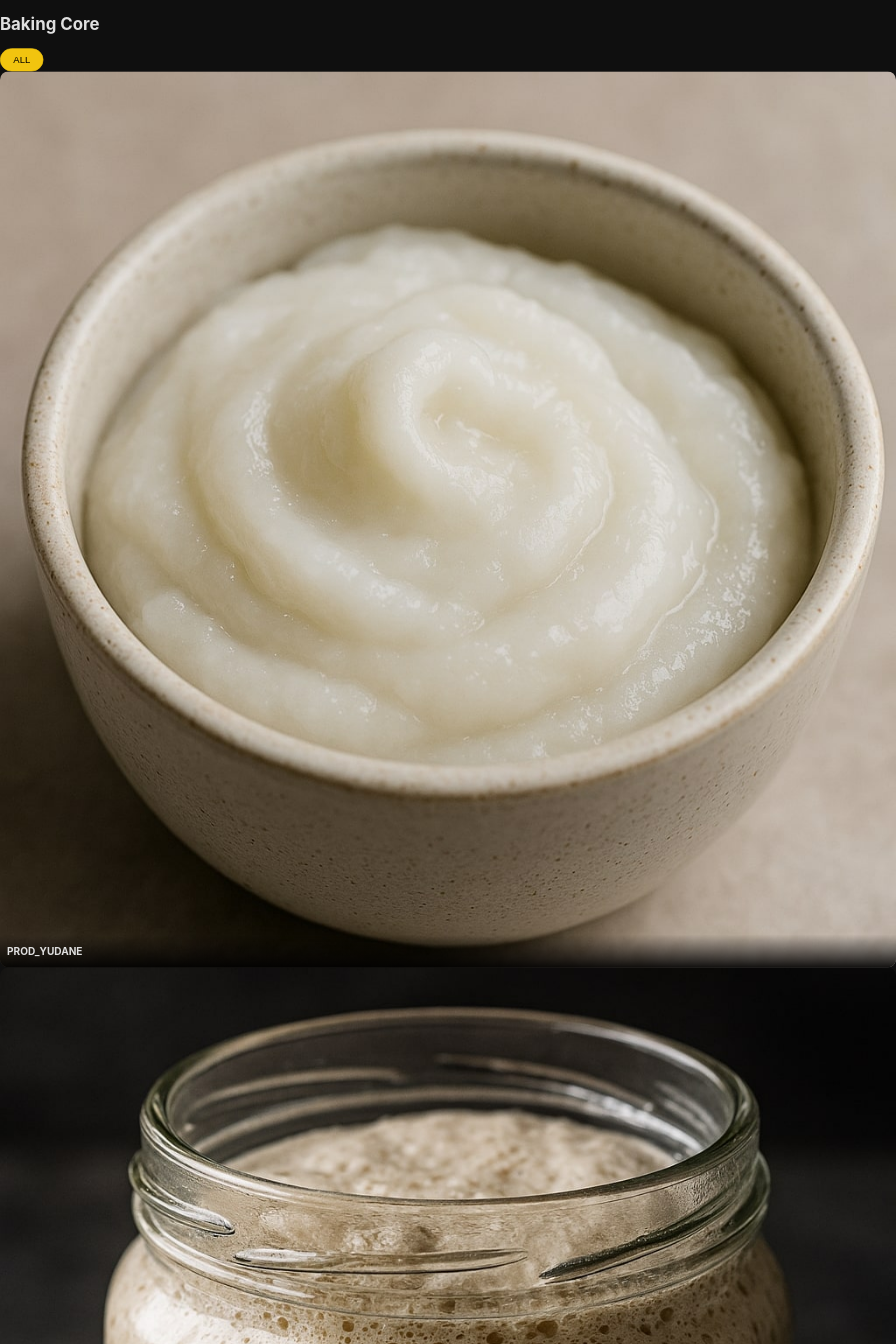
Repository: dkg11hu/baking-core
Page: index.html
These files come from the project's save history. The page is drawn as it stood at one moment and after the next save; the edit follows.
The browser window is 1280 px wide. The pictures show the part of the page from y = 0 to 1920 px (the page is 5222 px tall before and 1423 px after), at 70% of full size.

Above is the page before, as saved 2026-01-02 15:08:37.

### index.html
<!DOCTYPE html>
<html lang="en">
<head>
    <meta charset="UTF-8">
    <meta name="viewport" content="width=device-width, initial-scale=1.0">
    <title>Baking Core - Mobile Driver</title>
    <link rel="stylesheet" href="style.css">
</head>
<body>

    <div class="device-container">
        <div class="iphone-xs">
            <div class="notch"></div>

            <div class="screen-content">
                <section id="browser-view">
                    <header class="app-header">
                        <h1>Baking Core</h1>
                        <div id="filter-chips" class="filter-row"></div>
                    </header>
                    <div id="tile-grid"></div>
                </section>

                <section id="workflow-view" class="hidden">
                    <div id="media-stage"></div>
                    <div id="step-description"></div>
                    <nav class="workflow-controls">
                        <button onclick="changeStep(-1)">BACK</button>
                        <button onclick="changeStep(1)">NEXT</button>
                    </nav>
                </section>
            </div>

            <div class="home-indicator"></div>
        </div>
    </div>

    <script type="module" src="app.js"></script>
</body>
</html>

### style.css
:root {
    --primary: #f1c40f;
    --bg: #0f0f0f;
    --surface: #1a1a1a;
    --text: #e0e0e0;
}

body {
    margin: 0;
    background: var(--bg);
    color: var(--text);
    font-family: -apple-system, BlinkMacSystemFont, "Segoe UI", Roboto, Helvetica;
}

.hidden { display: none !important; }

/* Sticky Gallery Header */
.sticky-header {
    position: sticky;
    top: 0;
    background: var(--bg);
    padding: 15px;
    z-index: 100;
    border-bottom: 1px solid #333;
}

/* Horizontal Chip Container */
.chip-container {
    display: flex;
    overflow-x: auto;
    gap: 10px;
    padding-top: 10px;
    scrollbar-width: none;
}
.chip {
    padding: 8px 18px;
    background: var(--surface);
    border: 1px solid #444;
    border-radius: 20px;
    color: var(--text);
    white-space: nowrap;
    font-size: 0.85rem;
}
.chip.active {
    background: var(--primary);
    color: #000;
    border-color: var(--primary);
}

/* Photo Tiles */
.tile-grid {
    display: grid;
    grid-template-columns: repeat(2, 1fr);
    gap: 12px;
    padding: 15px;
}
.tile {
    aspect-ratio: 1/1;
    background-size: cover;
    background-position: center;
    border-radius: 12px;
    position: relative;
    overflow: hidden;
}
.tile-label {
    position: absolute;
    bottom: 0;
    width: 100%;
    padding: 15px 10px;
    background: linear-gradient(transparent, rgba(0,0,0,0.9));
    font-size: 0.9rem;
}

/* Workflow Driver */
#workflow-container {
    display: flex;
    flex-direction: column;
    height: 100vh;
}
.media-container {
    width: 100%;
    background: #000;
    aspect-ratio: 16/9;
}
.media-container img, .media-container video {
    width: 100%;
    height: 100%;
    object-fit: contain;
}
.content-stage {
    padding: 20px;
    flex-grow: 1;
}
.stepper-controls {
    display: grid;
    grid-template-columns: 1fr 2fr;
    gap: 15px;
    padding: 20px;
    background: var(--surface);
    border-top: 1px solid #333;
}
.btn-nav {
    padding: 18px;
    border-radius: 12px;
    border: none;
    font-weight: bold;
    font-size: 1rem;
    background: #333;
    color: white;
}
.btn-nav.primary {
    background: var(--primary);
    color: black;
}

/* Fallback Styling */
.tile img, .media-container img, .media-container video {
    width: 100%;
    height: 100%;
    object-fit: cover;
    background-color: #1a1a1a; /* Matches the SVG background */
}

/* Ensure empty tiles still show the label */
.tile:empty::before {
    content: 'Loading Media...';
    display: flex;
    align-items: center;
    justify-content: center;
    height: 100%;
    color: #444;
}

### app.js
import { State } from './src/UI/State.mjs';
import { Gallery } from './src/UI/Gallery.mjs';
import { Driver } from './src/UI/Driver.mjs';

async function boot() {
    try {
        const data = await State.init();
        Gallery.render(data.ssot, data.locale);

        window.filterByTag = (tag) => Gallery.filter(tag, data.ssot, data.locale);
        window.startWorkflow = (id) => Driver.start(id, data.ssot, data.locale);
        window.changeStep = (delta) => Driver.move(delta, data.ssot, data.locale);

        console.log("Mobile Driver Ready.");
    } catch (err) {
        console.error("Boot failed:", err);
    }
}

boot();

### src/UI/State.mjs
export const State = {
    ssot: null,
    locale: null,
    currentId: null,
    currentStepIdx: 0,

    async init() {
        const [sRes, lRes] = await Promise.all([
            fetch('./data/Store/Registry/definitions.json'),
            fetch('./data/Store/Locale/en.json')
        ]);
        this.ssot = await sRes.json();
        this.locale = await lRes.json();
        return { ssot: this.ssot, locale: this.locale };
    }
};

### src/UI/Gallery.mjs
import { MediaHelper } from './MediaHelper.mjs';

export const Gallery = {
    render(ssot, locale) {
        const chipContainer = document.getElementById('filter-chips');
        const tags = new Set(['ALL']);
        Object.values(ssot.registry).forEach(item => {
            if (item.industry_tags) item.industry_tags.forEach(t => tags.add(t));
        });

        chipContainer.innerHTML = Array.from(tags).map(tag => `
            <button class="chip ${tag === 'ALL' ? 'active' : ''}"
                    onclick="filterByTag('${tag}')">${tag}</button>
        `).join('');

        this.filter('ALL', ssot, locale);
    },

    filter(tag, ssot, locale) {
        const grid = document.getElementById('tile-grid');
        document.querySelectorAll('.chip').forEach(c => c.classList.toggle('active', c.innerText === tag));

        const products = Object.entries(ssot.registry).filter(([_, item]) => {
            return item.type === 'BRANCH' && (tag === 'ALL' || item.industry_tags?.includes(tag));
        });

        grid.innerHTML = products.map(([id, data]) => {
            const fallback = MediaHelper.getFallbackSVG(id);
            const imgUrl = MediaHelper.safeImage(data.ui_features?.tile_photo, id);
            return `
                <div class="tile" onclick="startWorkflow('${id}')">
                    <img src="${imgUrl}" onerror="this.src='${fallback}'; this.onerror=null;">
                    <div class="tile-label"><strong>${locale[id] || id}</strong></div>
                </div>
            `;
        }).join('');
    }
};

### src/UI/Driver.mjs
import { GraphResolver } from '../Graph/Core/Resolver.mjs';
import { State } from './State.mjs';

export const Driver = {
    async start(id, ssot, locale) {
        // Resolve the compositional graph
        const bundle = await GraphResolver.resolve(id, ssot);
        State.currentProcess = bundle;
        State.currentStepIdx = 0;

        document.getElementById('browser-view').classList.add('hidden');
        document.getElementById('workflow-view').classList.remove('hidden');
        this.updateUI(locale);
    },

    updateUI(locale) {
        const step = State.currentProcess.workflow[State.currentStepIdx];
        const mediaStage = document.getElementById('media-stage');

        // Render instruction with instance-specific overrides (Time/Temp/Tools)
        mediaStage.innerHTML = `
            <video src="${step.video}" autoplay loop muted controls></video>
            <div class="param-overlay">
                ${step.target_temp ? `<span>🌡️ ${step.target_temp}°C</span>` : ''}
                ${step.duration_min ? `<span>⏱️ ${step.duration_min}m</span>` : ''}
            </div>
        `;

        document.getElementById('step-description').innerHTML = `
            <h2>${locale[step.id] || step.id}</h2>
            <div class="tool-list">
                ${step.tools?.map(t => `<span class="tool-tag">${t}</span>`).join('')}
            </div>
        `;
    }
};

### src/UI/MediaHelper.mjs
export const MediaHelper = {
    getFallbackSVG(label = "Baking Core") {
        const svg = `
            <svg xmlns='http://www.w3.org/2000/svg' viewBox='0 0 100 100'>
                <rect width='100' height='100' fill='#1a1a1a'/>
                <circle cx='50' cy='45' r='20' stroke='#f1c40f' stroke-width='2' fill='none' opacity='0.4'/>
                <path d='M35 65 L50 35 L65 65' stroke='#f1c40f' stroke-width='3' fill='none'/>
                <text x='50%' y='85%' text-anchor='middle' fill='#888' font-size='6' font-family='monospace' letter-spacing='1'>
                    ${label.toUpperCase()}
                </text>
            </svg>`.trim();
        return `data:[embedded picture, 36 characters])}`;
    },

    safeImage(url, altLabel) {
        // If path is missing or too short, use SVG
        if (!url || url.length < 3) return this.getFallbackSVG(altLabel);
        return url;
    }
};

### src/Graph/Core/Resolver.mjs
import { Calculator } from '../Logic/Calculator.mjs';

export const GraphResolver = {
    async resolve(id, ssot, targetWeight = 1000) {
        const registryItem = ssot.registry[id];
        const recipe = await this.loadEntity(id, ssot.orchestration.paths.entities);

        // Resolve recursive weights for the total requisition
        const mplace = this.calculateMplace(recipe, ssot, targetWeight);

        // Stack the technologies into a single linear workflow
        const workflow = this.composeWorkflow(registryItem, ssot, recipe.parameters);

        return { id, mplace, workflow, classification: registryItem.classification };
    },

    async loadEntity(id, path) {
        const res = await fetch(`./data/Store/${path}/${id}.json`);
        if (!res.ok) throw new Error(`Entity ${id} not found in ${path}`);
        return res.json();
    },

    calculateMplace(recipe, ssot, total) {
        return recipe.formula.map(ing => {
            const material = ssot.registry[ing.id];
            const physics = ssot.physics_categories[material?.material_class] || {};
            const precision = physics.PRECISION_DECIMALS ?? 1;

            return {
                ...ing,
                label: ing.id, // Fieldname from DB
                scaled_mass: (ing.pct * total).toFixed(precision)
            };
        });
    },

    composeWorkflow(registryItem, ssot, parameters = {}) {
        // Ensure technology_ref is an array for composition
        const techRefs = Array.isArray(registryItem.technology_ref)
            ? registryItem.technology_ref
            : [registryItem.technology_ref];

        return techRefs.flatMap(tId => {
            const tech = ssot.technologies[tId];
            if (!tech) return [];

            return Object.entries(tech.steps).map(([stepId, globalData]) => ({
                id: stepId,
                ...globalData,
                // Apply instance overrides from the recipe entity
                ...(parameters[stepId] || {})
            }));
        });
    }
};

### src/Graph/Logic/Calculator.mjs
/**
 * PURE ENGLISH MATH LOGIC
 * Domain-agnostic mathematical operations for the Graph.
 */
export class Calculator {
    /**
     * Calculates the scale factor for a formula
     */
    static getScaleFactor(targetTotal, formula) {
        const sumParts = formula.reduce((sum, item) => sum + (item.pct || 0), 0);
        return sumParts > 0 ? targetTotal / sumParts : 0;
    }

    /**
     * Professional Rounding (5% Rule)
     */
    static applyRounding(value, threshold = 5) {
        if (value === 0) return 0;
        const rounded = Math.round(value);
        const deviation = Math.abs((rounded - value) / value) * 100;
        return (deviation > threshold) ? Number(value.toFixed(1)) : rounded;
    }
    static sanitizeMiseEnPlace(rawResults, ssot) {
        const sanitized = {};
        const registry = ssot.registry || ssot.inventory;
        const physics = ssot.physics_categories;

        for (const [id, mass] of Object.entries(rawResults)) {
            const entry = registry[id];
            const categoryId = entry ? entry.category_id : 'OTHER';

            // Dynamic lookup based on Database fieldnames
            const rules = physics[categoryId] || { ROUNDING_THRESHOLD_PCT: 0.05 };

            sanitized[id] = this.applyRounding(mass, rules.ROUNDING_THRESHOLD_PCT);
        }
        return sanitized;
    }
    /**
     * Processes raw weights into a rounded mise-en-place map
     */


    /**
     * Final Parity Check: Adjusts largest mass to match targetTotal exactly.
     */
    static reconcileTotal(sanitizedMaterials, targetTotal) {
        const entries = Object.entries(sanitizedMaterials);
        const currentSum = entries.reduce((sum, [_, mass]) => sum + mass, 0);
        const diff = targetTotal - currentSum;

        if (Math.abs(diff) < 0.01) return sanitizedMaterials;

        // Find the ID with the largest mass to absorb the correction
        const largestId = entries.reduce((a, b) => a[1] > b[1] ? a : b)[0];
        sanitizedMaterials[largestId] = Number((sanitizedMaterials[largestId] + diff).toFixed(1));

        return sanitizedMaterials;
    }

    /**
     * Relational Hydration Calculation
     */
    static calculateHydration(resolvedMaterials, schema) {
        let dryWeight = 0;
        let liquidWeight = 0;

        // Fieldnames from database: use inventory or registry
        const db = schema.inventory || schema.registry;

        for (const [id, mass] of Object.entries(resolvedMaterials)) {
            const item = db[id];
            if (!item) continue;

            const categoryId = item.category_id;
            const role = schema.physics_categories[categoryId]?.hydration_role;

            if (role === 'base') dryWeight += mass;
            if (role === 'fluid') liquidWeight += mass;
        }
        return dryWeight > 0 ? Math.round((liquidWeight / dryWeight) * 100) : 0;
    }
}

### data/Store/Registry/definitions.json
{
  "field_mapping": {
    "NODE_ID": "id",
    "RELATIONAL_DATA": "formula",
    "DEPENDENCY_LINK": "prerequisites",
    "CATEGORY": "category_id"
  },
  "logic_behaviors": {
    "LEAF": { "recursive": false },
    "BRANCH": { "recursive": true }
  },
  "physics_categories": {
    "FLOURS": { "hydration_role": "base", "ROUNDING_THRESHOLD_PCT": 0.05, "PRECISION_DECIMALS": 1 },
    "LIQUIDS": { "hydration_role": "fluid", "ROUNDING_THRESHOLD_PCT": 0.05, "PRECISION_DECIMALS": 1 },
    "FATS": { "hydration_role": "ignore", "ROUNDING_THRESHOLD_PCT": 0.05, "PRECISION_DECIMALS": 0 },
    "INCLUSIONS": { "hydration_role": "ignore", "ROUNDING_THRESHOLD_PCT": 0.1, "PRECISION_DECIMALS": 1 },
    "PREFERMENTS": { "hydration_role": "base", "ROUNDING_THRESHOLD_PCT": 0.05, "PRECISION_DECIMALS": 1 },
    "SALTS": { "hydration_role": "ignore", "ROUNDING_THRESHOLD_PCT": 0.01, "PRECISION_DECIMALS": 2 },
    "SWEETENERS": { "hydration_role": "ignore", "ROUNDING_THRESHOLD_PCT": 0.05, "PRECISION_DECIMALS": 1 }
  },
  "technologies": {
    "TECH_SCALD": {
      "steps": {
        "step_boil": { "video": "assets/vid/tech/boil_liquid.mp4", "tools": ["TOOL_POT", "TOOL_INDUCTION"] },
        "step_incorporate": { "video": "assets/vid/tech/mix_stiff.mp4", "tools": ["TOOL_SPATULA"] },
        "step_gelatinize": { "video": "assets/vid/tech/cooling.mp4", "tools": ["TOOL_FRIDGE"] }
      }
    },
    "TECH_CULTURE_MAINTENANCE": {
      "steps": {
        "step_discard": { "video": "assets/vid/tech/discard.mp4", "tools": ["TOOL_JAR"] },
        "step_feed": { "video": "assets/vid/tech/feeding.mp4", "tools": ["TOOL_SCALE"] },
        "step_ferment": { "video": "assets/vid/tech/ferment_static.mp4", "tools": ["TOOL_PROOFER"] }
      }
    },
    "TECH_LEAVENED_BASE": {
      "steps": {
        "step_autolyse": { "video": "assets/vid/tech/autolyse.mp4", "tools": ["TOOL_MIXER"] },
        "step_add_levain": { "video": "assets/vid/tech/levain_mix.mp4", "tools": ["TOOL_MIXER"] },
        "step_bulk_ferment": { "video": "assets/vid/tech/bulk_fold.mp4", "tools": ["TOOL_DOUGH_TUB"] },
        "step_shape": { "video": "assets/vid/tech/shaping.mp4", "tools": ["TOOL_BENCH_KNIFE"] },
        "step_bake": { "video": "assets/vid/tech/baking.mp4", "tools": ["TOOL_OVEN"] }
      }
    }
  },
  "registry": {
    "MAT_WHEAT_T80": {
      "category_id": "RAW_MATERIALS",
      "type": "LEAF",
      "material_class": "FLOURS",
      "classification": { "group": "GRAIN", "material": "WHEAT", "refinement": "T80" },
      "ui_features": { "tile_photo": "assets/img/flour_t80.jpg" }
    },
    "PROD_YUDANE": {
      "category_id": "COMPONENTS",
      "type": "BRANCH",
      "technology_ref": ["TECH_SCALD"],
      "classification": { "territory": "ASIA", "cuisine": "JAPANESE", "dough_family": "SCALD" },
      "ui_features": { "tile_photo": "assets/img/yudane.jpg" }
    },
    "PROC_STARTER": {
      "category_id": "COMPONENTS",
      "type": "BRANCH",
      "technology_ref": ["TECH_CULTURE_MAINTENANCE"],
      "classification": { "territory": "GLOBAL", "cuisine": "INTERNATIONAL", "dough_family": "WILD_YEAST" },
      "ui_features": { "tile_photo": "assets/img/starter.jpg" }
    },
    "PROD_SOURDOUGH_LOAF": {
      "category_id": "BREADS",
      "type": "BRANCH",
      "technology_ref": ["TECH_LEAVENED_BASE"],
      "classification": { "territory": "EUROPE", "cuisine": "FRENCH", "dough_family": "ARTISAN_SOURDOUGH" },
      "ui_features": { "tile_photo": "assets/img/sourdough_final.jpg" }
    },
    "PROD_BLENDED_SOURDOUGH_YUDANE": {
      "category_id": "BREADS",
      "type": "BRANCH",
      "technology_ref": ["TECH_SCALD", "TECH_LEAVENED_BASE"],
      "classification": { "territory": "FUSION", "cuisine": "MODERN", "dough_family": "COMPOSITE" },
      "ui_features": { "tile_photo": "assets/img/composite_loaf.jpg" }
    }
  },
  "orchestration": {
    "paths": { "entities": "Entities" },
    "output_mapping": { "name_column": "Ingredient", "value_column": "Amount", "id_column": "Code" }
  }
}

### data/Store/Locale/en.json
{
    "MAT_001": "Bread Flour BL-80",
    "MAT_002": "Water",
    "MAT_003": "Whole Milk",
    "MAT_004": "Fine Sea Salt",
    "MAT_005": "Instant Dry Yeast",
    "MAT_006": "Unsalted Butter",
    "PROD_001": "Yudane Scald",
    "PROD_002": "Hokkaido Milk Bread",
    "PROC_STARTER": "Rye Starter Culture",
    "PROC_LEVAIN": "Active Liquid Levain",
    "PROD_SOURDOUGH": "Artisan Double-Fermented Sourdough",
    "MAT_WHEAT": "Stone-ground Wheat Flour",
    "MAT_WATER": "Filtered Water"
}

After the next save:
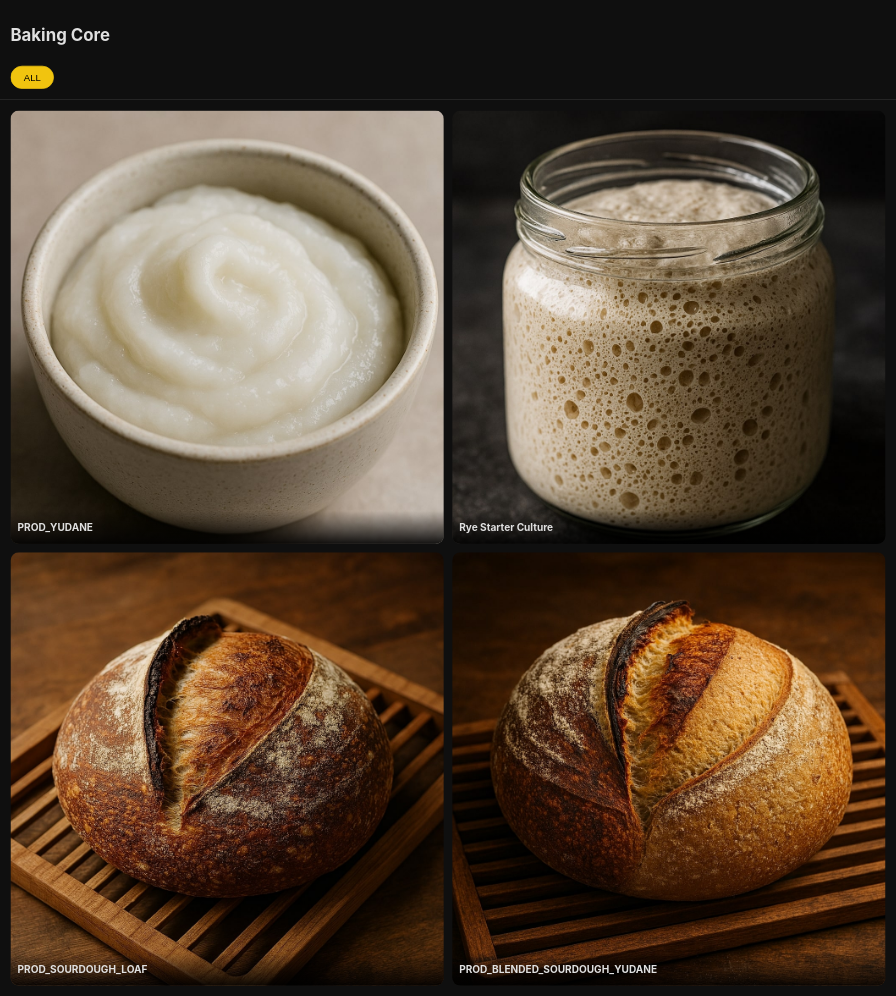
Saved 63 s later.
--- a/index.html
+++ b/index.html
@@ -2,39 +2,38 @@
 <html lang="en">
 <head>
     <meta charset="UTF-8">
-    <meta name="viewport" content="width=device-width, initial-scale=1.0">
-    <title>Baking Core - Mobile Driver</title>
+    <meta name="viewport" content="width=device-width, initial-scale=1.0, maximum-scale=1.0, user-scalable=no">
+    <title>Baking Core | Mobile Driver</title>
     <link rel="stylesheet" href="style.css">
 </head>
 <body>
+    <div class="iphone-xs">
+        <div class="notch"></div>
+        <div class="screen-content">
 
-    <div class="device-container">
-        <div class="iphone-xs">
-            <div class="notch"></div>
+            <section id="browser-view">
+                <div class="sticky-header">
+                    <h1 class="brand-title">Baking Core</h1>
+                    <div id="filter-chips" class="chip-container"></div>
+                </div>
+                <div id="tile-grid" class="tile-grid"></div>
+            </section>
 
-            <div class="screen-content">
-                <section id="browser-view">
-                    <header class="app-header">
-                        <h1>Baking Core</h1>
-                        <div id="filter-chips" class="filter-row"></div>
-                    </header>
-                    <div id="tile-grid"></div>
-                </section>
+            <section id="workflow-view" class="hidden">
+                <div id="media-stage" class="media-container"></div>
+                <div class="content-stage">
+                    <div id="step-metadata"></div>
+                    <div id="step-description"></div>
+                </div>
+                <div class="stepper-controls">
+                    <button class="btn-nav" onclick="changeStep(-1)">BACK</button>
+                    <button class="btn-nav primary" onclick="changeStep(1)">NEXT STEP</button>
+                </div>
+            </section>
 
-                <section id="workflow-view" class="hidden">
-                    <div id="media-stage"></div>
-                    <div id="step-description"></div>
-                    <nav class="workflow-controls">
-                        <button onclick="changeStep(-1)">BACK</button>
-                        <button onclick="changeStep(1)">NEXT</button>
-                    </nav>
-                </section>
-            </div>
-
-            <div class="home-indicator"></div>
         </div>
+        <div class="home-indicator"></div>
     </div>
-
     <script type="module" src="app.js"></script>
 </body>
 </html>
